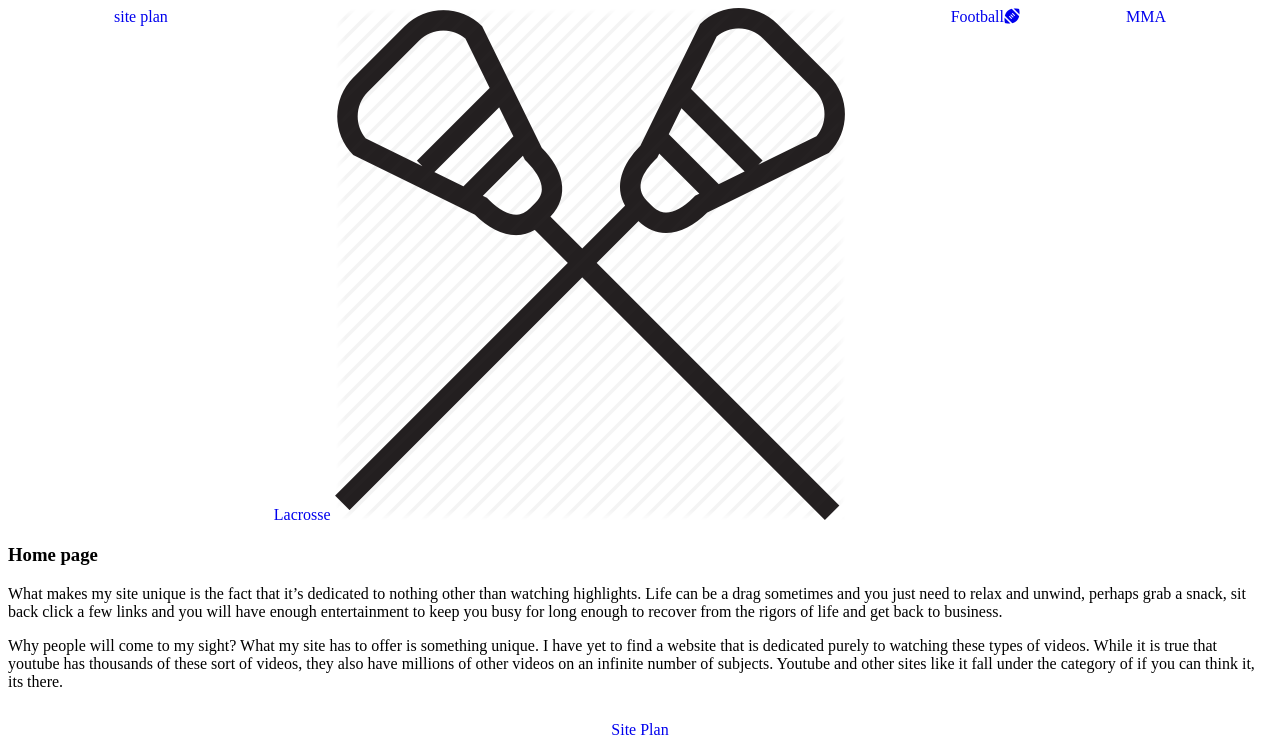
Repository: nak97/personal-site
Page: index.html
These files come from the project's save history. The page is drawn as it stood at one moment and after the next save; the edit follows.
The browser window is 1280 px wide. The pictures show the whole page.
Some icons come from a web library that is not loaded, so they are not drawn. Some web fonts or font styles are not loaded; a fallback is used. Some web libraries are served in a nearby version.

Above is the page before, as saved 2023-03-17 10:22:05.

After the next save:
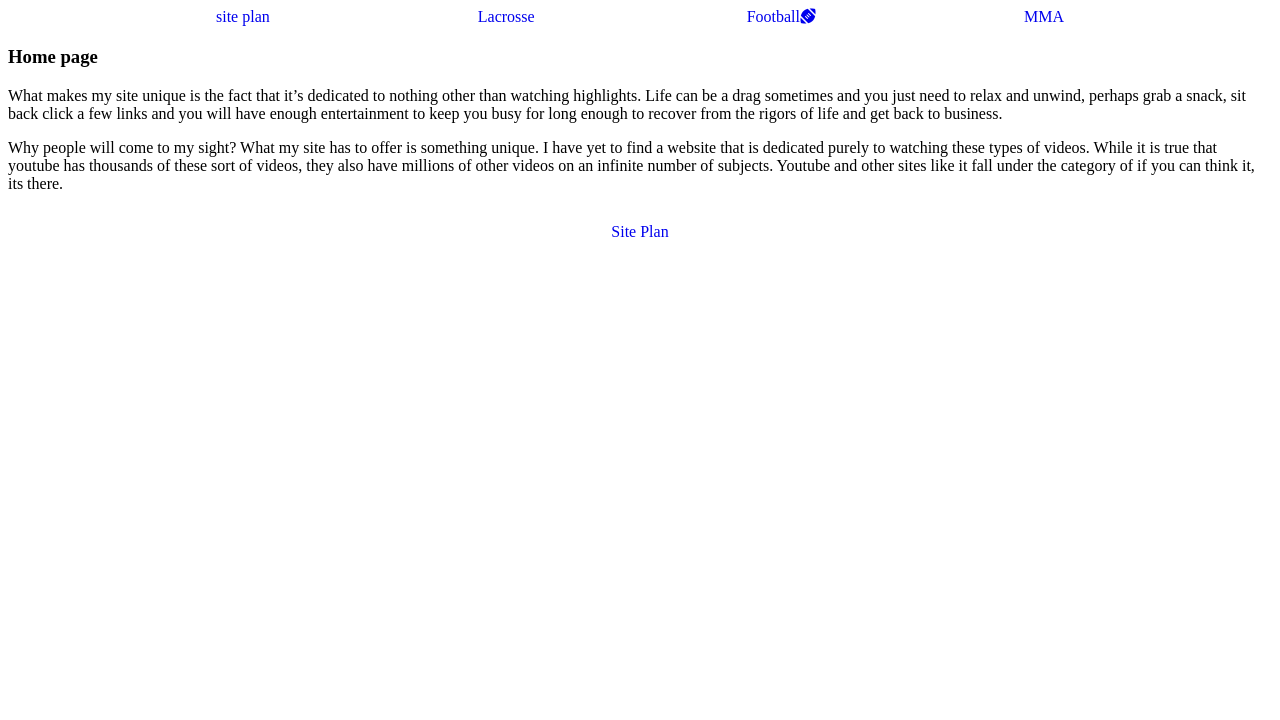
Saved 24 min 22 s later.
--- a/index.html
+++ b/index.html
@@ -11,7 +11,7 @@
 <body>
   <nav>
     <a href="site-plan.html">site plan</a>
-    <a href="lacrosse.html" target="_blank">Lacrosse <img src="./images/lacrosse-icon-10.jpg" alt=""></i></a>
+    <a href="lacrosse.html" target="_blank">Lacrosse <i class="fa-solid fa-lacrosse-stick-ball"></i></a>
     <a href="football.html" target="_blank">Football<i class="fa-solid fa-football"></i></a>
     <a href="mma.html" target="_blank">MMA <link rel="stylesheet" href="https://fonts.googleapis.com/css2?family=Material+Symbols+Outlined:opsz,wght,FILL,GRAD@20..48,100..700,0..1,-50..200" /></i></a>
   </nav>
